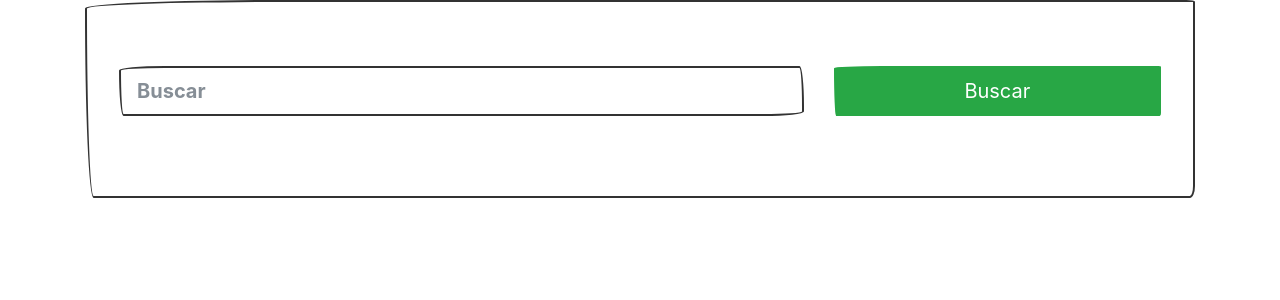
Repository: harrycampaz/pixabay-reactjs
Page: /
These files come from the project's save history. The page is drawn as it stood at one moment and after a run of saves; the edit follows.
The browser window is 1280 px wide. The pictures show the whole page.
Some web fonts or font styles are not loaded; a fallback is used. The project was rebuilt for these pictures with package versions that can differ from the ones it lists, and the page was loaded fresh each time. Also part of the build but not shown: src/components/Error.js, src/components/ImageItem.js.

Above is the page before, as saved 2020-01-24 14:13:56.

### public/index.html
<!DOCTYPE html>
<html lang="en">
  <head>
    <meta charset="utf-8" />
    <link rel="icon" href="%PUBLIC_URL%/favicon.ico" />
    <meta name="viewport" content="width=device-width, initial-scale=1" />
    <meta name="theme-color" content="#000000" />
    <meta
      name="description"
      content="Web site created using create-react-app"
    />
    <link rel="apple-touch-icon" href="%PUBLIC_URL%/logo192.png" />
    <!--
      manifest.json provides metadata used when your web app is installed on a
      user's mobile device or desktop. See https://developers.google.com/web/fundamentals/web-app-manifest/
    -->
    <link rel="manifest" href="%PUBLIC_URL%/manifest.json" />
    <link href="https://maxcdn.bootstrapcdn.com/font-awesome/4.7.0/css/font-awesome.min.css" rel="stylesheet" />
    <!--
      Notice the use of %PUBLIC_URL% in the tags above.
      It will be replaced with the URL of the `public` folder during the build.
      Only files inside the `public` folder can be referenced from the HTML.

      Unlike "/favicon.ico" or "favicon.ico", "%PUBLIC_URL%/favicon.ico" will
      work correctly both with client-side routing and a non-root public URL.
      Learn how to configure a non-root public URL by running `npm run build`.
    -->
    <title>React App</title>
  </head>
  <body>
    <noscript>You need to enable JavaScript to run this app.</noscript>
    <div id="root"></div>
    <!--
      This HTML file is a template.
      If you open it directly in the browser, you will see an empty page.

      You can add webfonts, meta tags, or analytics to this file.
      The build step will place the bundled scripts into the <body> tag.

      To begin the development, run `npm start` or `yarn start`.
      To create a production bundle, use `npm run build` or `yarn build`.
    -->
  </body>
</html>

### src/index.js
import React from 'react';
import ReactDOM from 'react-dom';
import './bootstrap.min.css';
import App from './App';
import * as serviceWorker from './serviceWorker';

ReactDOM.render(<App />, document.getElementById('root'));

// If you want your app to work offline and load faster, you can change
// unregister() to register() below. Note this comes with some pitfalls.
// Learn more about service workers: https://bit.ly/CRA-PWA
serviceWorker.unregister();

### src/App.js
import React, { useState, useEffect } from 'react';
import { FontAwesomeIcon } from '@fortawesome/react-fontawesome'
import Search from './components/Search';
import { GLOBAL } from './config/Constants';
import Axios from 'axios';
import ListImage from './components/ListImage';


function App() {

  const [query, setQuety] = useState('');

  const [images, setImages] = useState([]);

  const [currentPage, setCurrentPage] = useState(1);
  const [totalPages, setTotalPages] = useState(1);

  useEffect(() => {
    if (query === '') return;
    fetchApi()
  }, [query, currentPage])

  const fetchApi = async () => {

    const imagen_pp = 30;

    const url = `${GLOBAL.url}?key=${GLOBAL.apiKey}&q=${query}&per_page=${imagen_pp}&page=${currentPage}`;

    const result = await Axios.get(url);

    setTotalPages(Math.ceil(result.data.totalHits / imagen_pp));

    setImages(result.data.hits)

    //MOver arriba

    const jumbotron = document.querySelector('.jumbotron');
    jumbotron.scrollIntoView({ behavior:'smooth', block:'end'});

  }

  const nextPage = () => {

    let newCurrentPage = currentPage + 1;

    setCurrentPage(newCurrentPage);
    console.log('Next');
  }

  const previousPage = () => {

    let newCurrentPage = currentPage - 1;

    setCurrentPage(newCurrentPage);

    console.log('Previous');
  }

  return (
    <div className="container">
      <div className="jumbotron">
        <div className="lead text-center">
          <Search setQuety={setQuety} />
        </div>
      </div>

      <div className="row justify-content-center">
        <ListImage images={images} />

        {(currentPage === 1) ? null : <button onClick={previousPage} type="button" className="btn btn-info mr-1">&laquo; Anterior</button>}

        {(currentPage === totalPages) ? null : <button onClick={nextPage} type="button" className="btn btn-info mr-1">Siguiente &raquo;</button>}

      </div>
    </div>
  );
}

export default App;

### src/components/Search.js
import React, { useState } from 'react';
import Error from './Error';

function Search({setQuety}) {

    const[q, setQ] = useState('');

    const [error, setError] = useState(false);

    const searchImage = e => {
        e.preventDefault();

        if(q === '') {

            setError(true)
            return;
        }

        setError(false);
        setQuety(q)


    }
    return (

        <form onSubmit = {searchImage}>
            <div className="row">
            <div className="form-group col-md-8">
                <input className="form-control form-control-lg" type="text" placeholder="Buscar"
                onChange={e => setQ(e.target.value) }
                />
            </div>
            <div className="form-group col-md-4">
                <input className="btn btn-lg btn-success btn-block"  type="submit" value="Buscar"/>
            </div>
        </div>

{(error) ? <Error msg="Agrega un termino"/> : null}

        </form>
    );
}

export default Search;

### src/config/Constants.js
export const GLOBAL = {
    url: "https://pixabay.com/api/",
    apiKey: "15023750-0aa03eda5008b7ccab6da2bcc"
}

### src/components/ListImage.js
import React from 'react';
import ImageItem from './ImageItem';

function ListImage({images}) {
    return (
        <div className="col-12 p-5 row">
            {images.map(image =>

               <ImageItem key={image.id} imageItem={image}/>

            )}
        </div>
    );
}

export default ListImage;

Loaded but not shown: src/bootstrap.min.css (library); src/serviceWorker.js (common file)

After the next 2 saves:
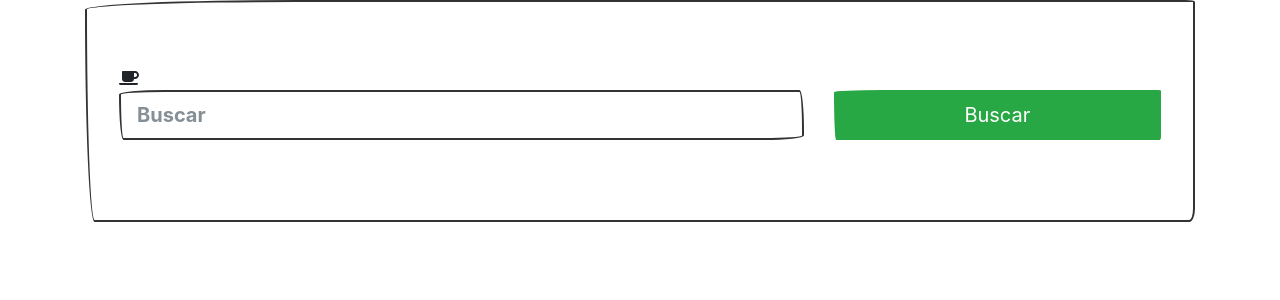
The 2 saves are shown as one change because 1 did not build or start.
The last was saved 67 s later.
--- a/src/App.js
+++ b/src/App.js
@@ -1,5 +1,6 @@
 import React, { useState, useEffect } from 'react';
 import { FontAwesomeIcon } from '@fortawesome/react-fontawesome'
+import { faCoffee } from '@fortawesome/free-solid-svg-icons'
 import Search from './components/Search';
 import { GLOBAL } from './config/Constants';
 import Axios from 'axios';
@@ -59,6 +60,7 @@
   return (
     <div className="container">
       <div className="jumbotron">
+      <FontAwesomeIcon icon={faCoffee} />
         <div className="lead text-center">
           <Search setQuety={setQuety} />
         </div>

After the save that followed:
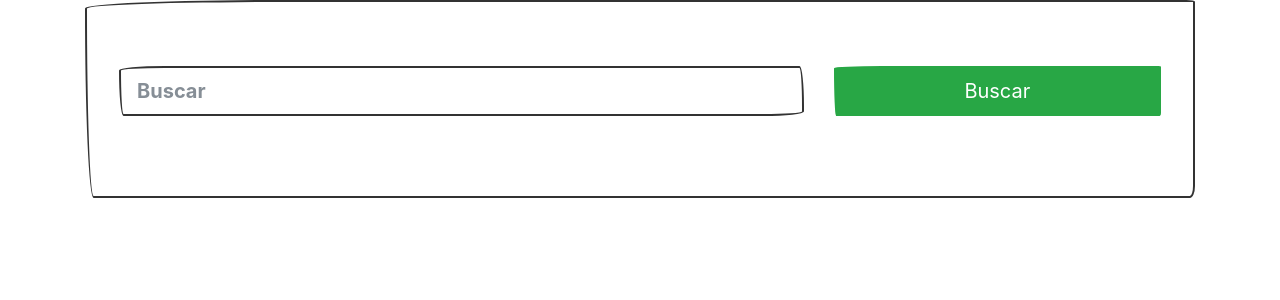
Saved 60 s later.
--- a/src/App.js
+++ b/src/App.js
@@ -60,7 +60,7 @@
   return (
     <div className="container">
       <div className="jumbotron">
-      <FontAwesomeIcon icon={faCoffee} />
+
         <div className="lead text-center">
           <Search setQuety={setQuety} />
         </div>
